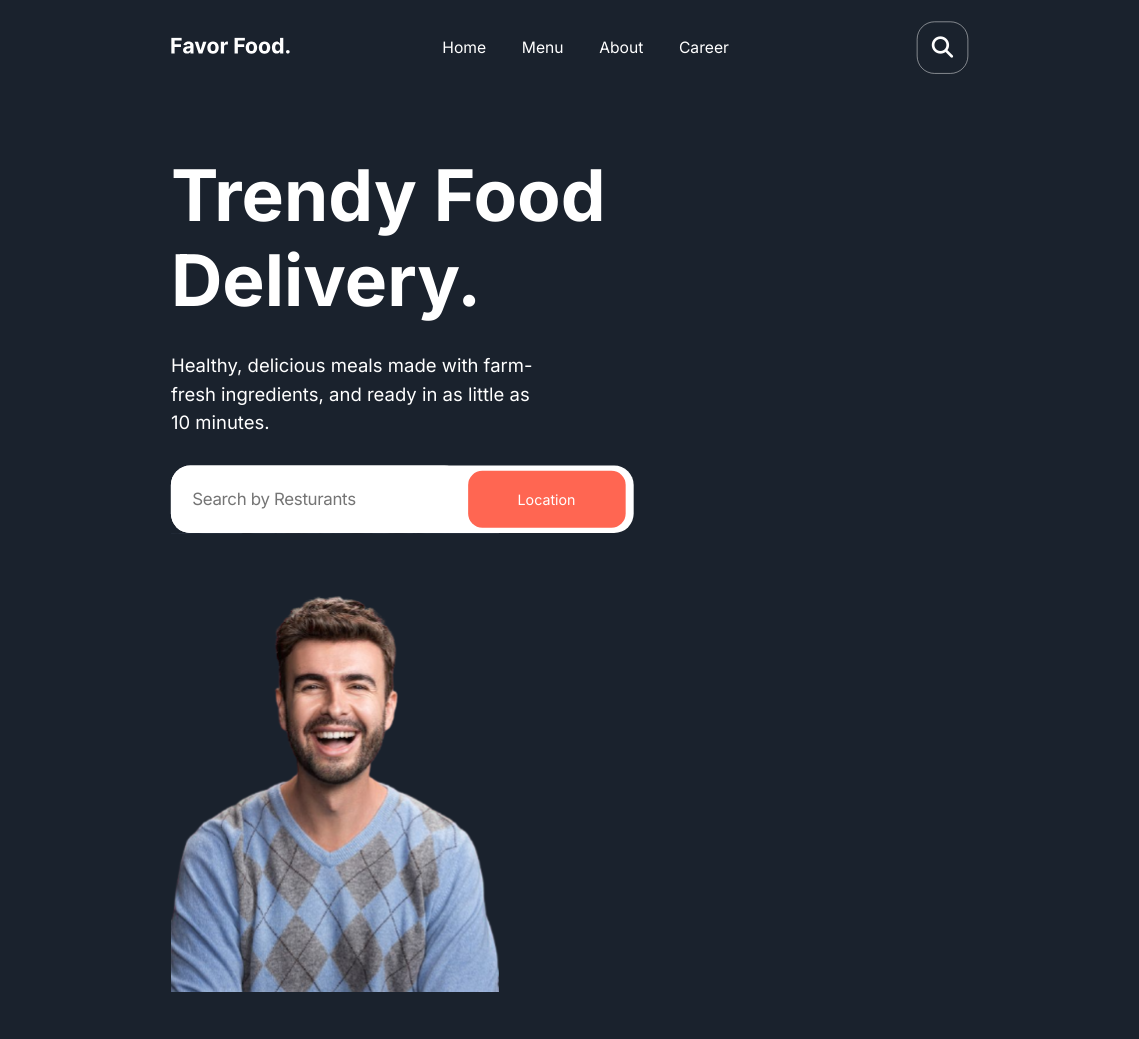
Repository: badhon252/favor-food
Page: index.html
These files come from the project's save history. The page is drawn as it stood at one moment and after the next save; the edit follows.
The browser window is 1280 px wide. The pictures show the whole page, at 89% of full size.
The style sheet was rebuilt from its Sass, Less or Tailwind sources for each picture, by a compiler version that may differ from the author's.

Above is the page before, as saved 2022-09-10 16:20:47.

After the next save:
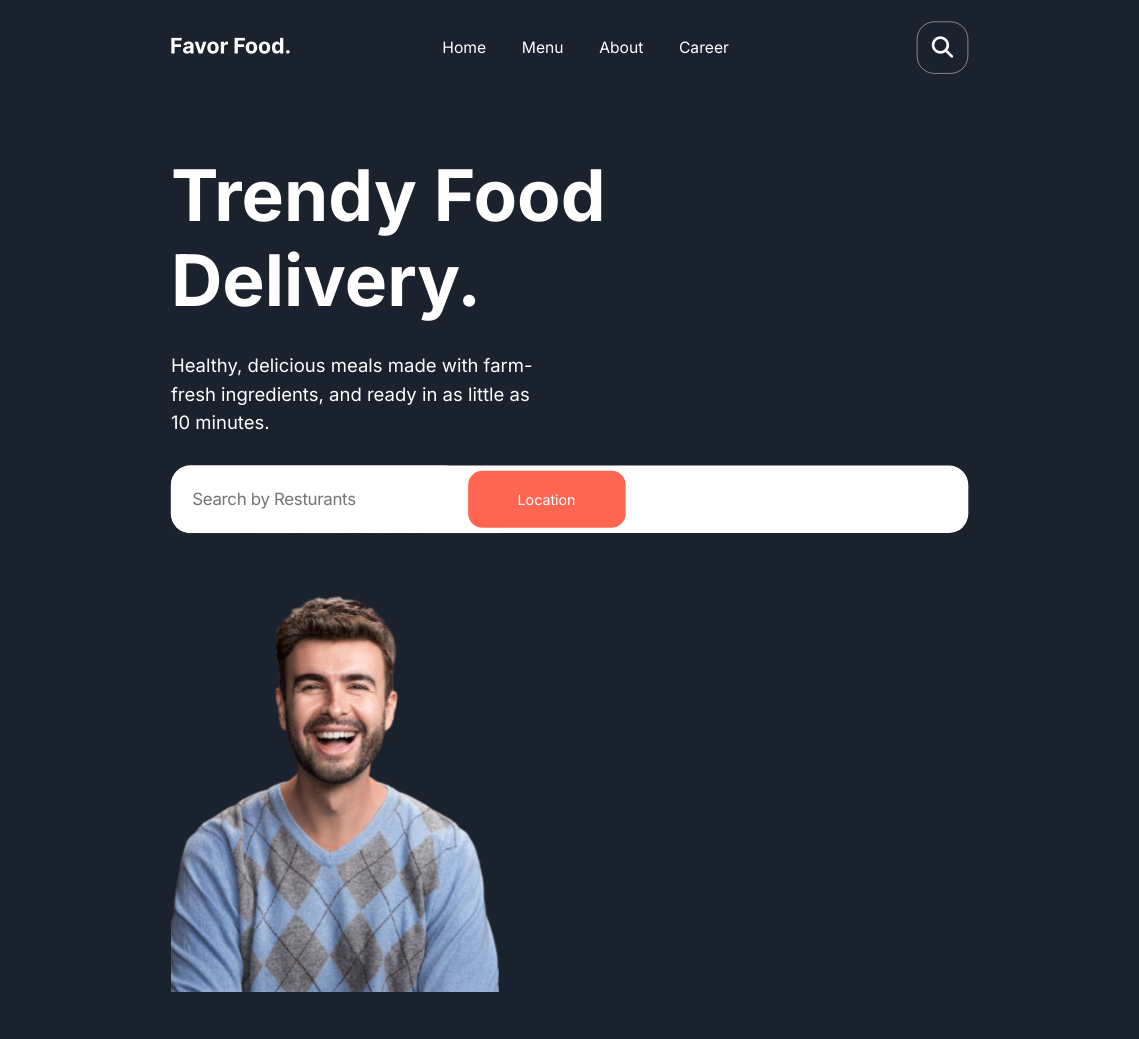
Saved 24 s later.
--- a/scss/style.scss
+++ b/scss/style.scss
@@ -91,7 +91,7 @@
       line-height: 32px;
     }
     form {
-      display: inline-block;
+      // display: inline-block;
       border-radius: 22px;
       background: #ffffff;
       input {

After the save that followed:
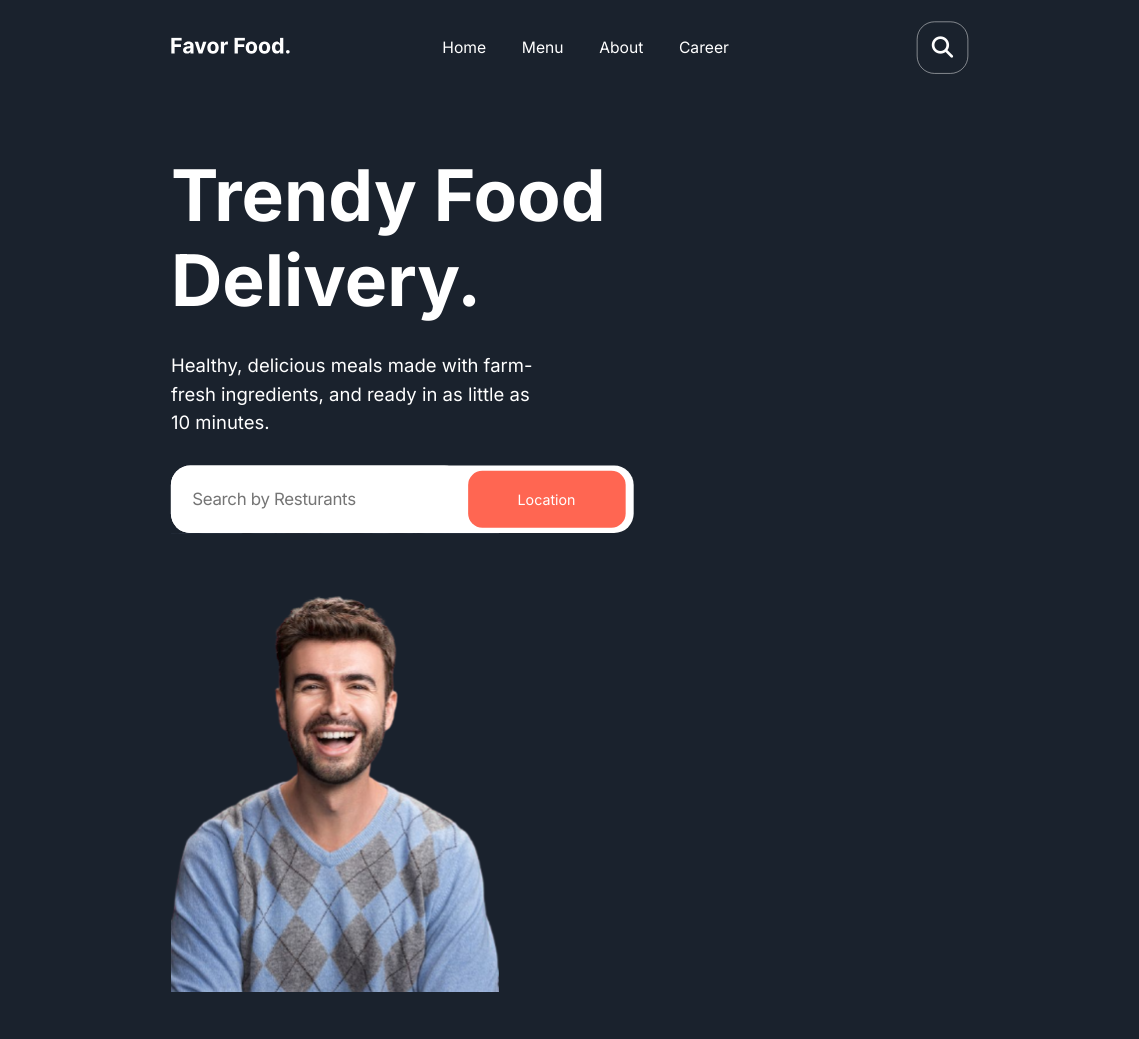
Saved 7 s later.
--- a/scss/style.scss
+++ b/scss/style.scss
@@ -91,7 +91,7 @@
       line-height: 32px;
     }
     form {
-      // display: inline-block;
+      display: inline-block;
       border-radius: 22px;
       background: #ffffff;
       input {
